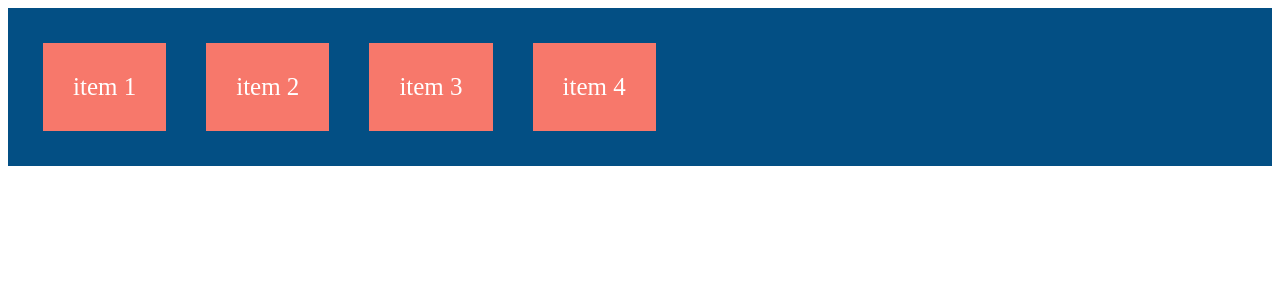
Repository: mehmetbuber38/flex
Page: flex-alignments.html
These files come from the project's save history. The page is drawn as it stood at one moment and after the next save; the edit follows.
The browser window is 1280 px wide. The pictures show the whole page.

Above is the page before, as saved 2022-01-30 19:10:57.

After the next save:
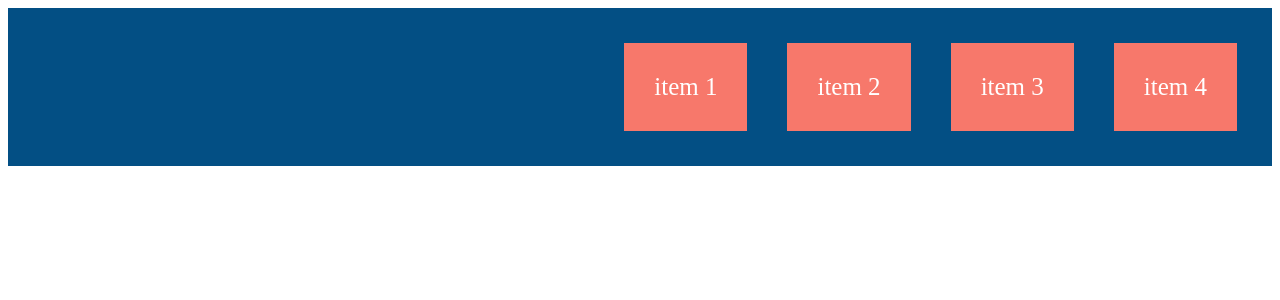
Saved 39 s later.
--- a/flex-alignments.html
+++ b/flex-alignments.html
@@ -10,8 +10,9 @@
 <style>
     .container {
         display: flex;
-        /* justify-content: center;   Yatayda sıralar ve ortaya hizalar */
-        justify-content: flex-start;
+        /* justify-content: center;   Yatayda sıralar ve ortaya hizalar.*/
+        /* justify-content: flex-start; Sayfanın en başına alır. */
+        justify-content: flex-end;
 
         background-color: #034f84;
         padding: 15px;

After the save that followed:
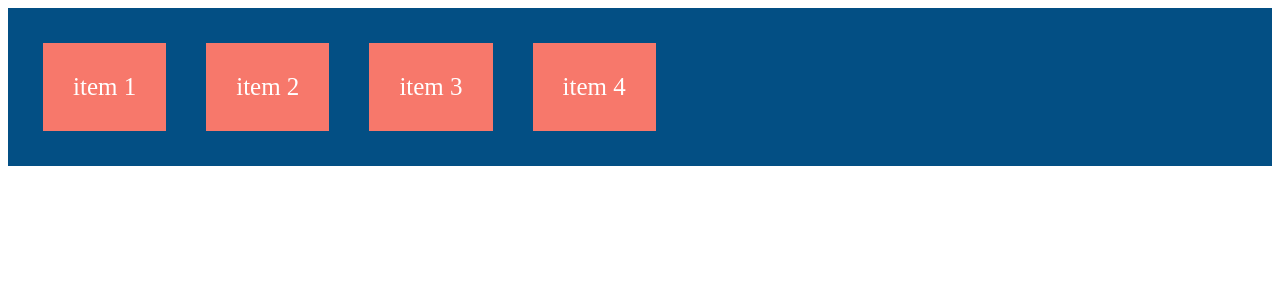
Saved 23 s later.
--- a/flex-alignments.html
+++ b/flex-alignments.html
@@ -12,7 +12,7 @@
         display: flex;
         /* justify-content: center;   Yatayda sıralar ve ortaya hizalar.*/
         /* justify-content: flex-start; Sayfanın en başına alır. */
-        justify-content: flex-end;
+        /* justify-content: flex-end; Sayfanın en sonuna gelir. */
 
         background-color: #034f84;
         padding: 15px;
